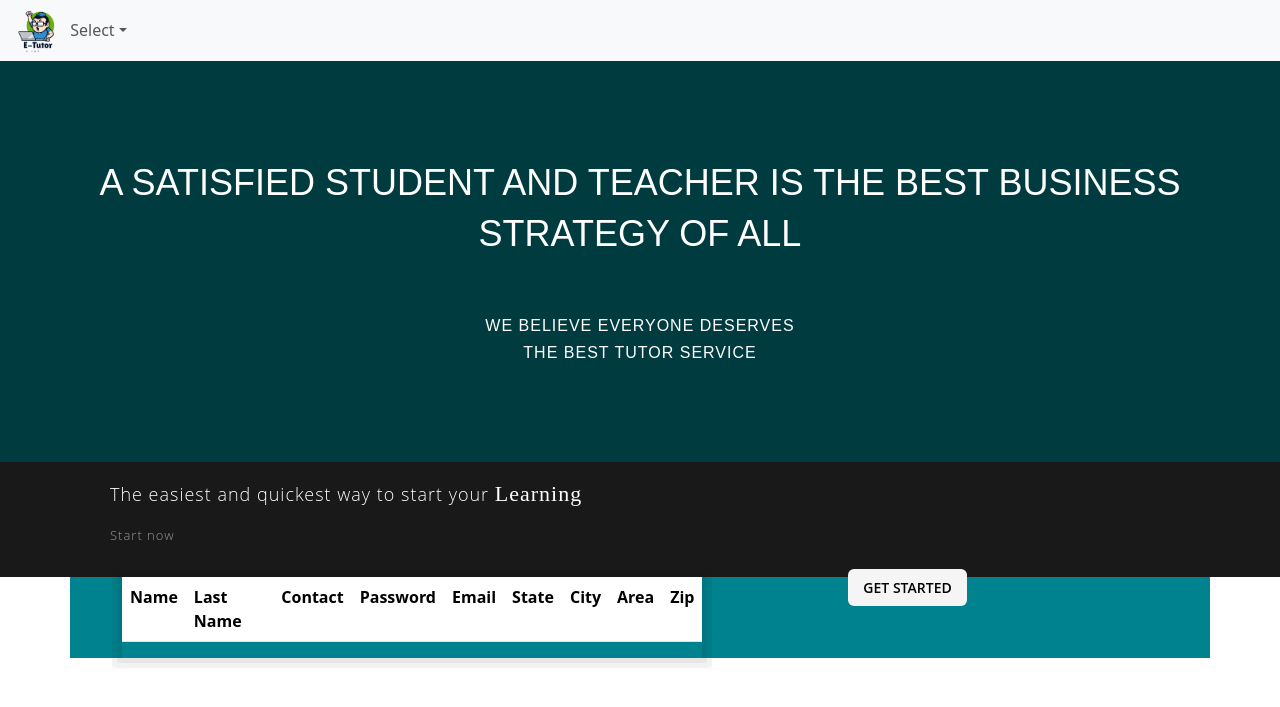
Repository: shailesh89-art/E-tutor-springboot-hibernate
Page: http://localhost/TUTOR_INVENTOR_1/pages/parent_Admin_edit.jsp
These files come from the project's save history. The page is drawn as it stood at one moment and after the next save; the edit follows.
The browser window is 1280 px wide. The pictures show the whole page.
Some web libraries are served in a nearby version. The page is served by Tomcat 9. Other server files are loaded and not shown. The template is opened directly, without the code that normally fills it, so the values that code supplies are empty.

Above is the page before, as saved 2023-05-03 14:21:43.

### TUTOR_INVENTOR_1/src/main/webapp/pages/parent_Admin_edit.jsp
<%@ taglib uri="http://www.springframework.org/tags/form" prefix="form"%> <%@ taglib uri="http://java.sun.com/jsp/jstl/core" prefix="c"%>
<!doctype html>
<html lang="en">
  <head>
    <!-- Required meta tags -->
    <meta charset="utf-8">
    <meta name="viewport" content="width=device-width, initial-scale=1, shrink-to-fit=no">

    <!-- Bootstrap CSS -->
      <link href="https://cdn.jsdelivr.net/npm/bootstrap@5.3.0-alpha1/dist/css/bootstrap.min.css" rel="stylesheet" integrity="sha384-GLhlTQ8iRABdZLl6O3oVMWSktQOp6b7In1Zl3/Jr59b6EGGoI1aFkw7cmDA6j6gD" crossorigin="anonymous">
    <script src="https://cdn.jsdelivr.net/npm/bootstrap@5.3.0-alpha1/dist/js/bootstrap.bundle.min.js" integrity="sha384-w76AqPfDkMBDXo30jS1Sgez6pr3x5MlQ1ZAGC+nuZB+EYdgRZgiwxhTBTkF7CXvN" crossorigin="anonymous"></script>
    <link rel="stylesheet" href="https://cdnjs.cloudflare.com/ajax/libs/font-awesome/4.7.0/css/font-awesome.min.css">
    <link rel="icon" type="image/x-icon" href="Assets/imgs/Screenshot_(160)-transformed (1)-fotor-bg-remover-20230423203452.png" >
      <title>Parent Admin</title>
    <style>




     .banner {

            background-size: cover;
            background-repeat: no-repeat;
            background-position: center center;
            width: 100%;
            height: 100%;
              background-color: #00838F;
        }

        .banner .opacity_overlay {
            height: 100%;
            width: 100%;
            background: rgba(0, 0, 0, 0.55);
            padding-top: 100px;
        }

        .banner .opacity_overlay .info {
            text-align: center;
            font-family: 'Montserrat', sans-serif;
        }

        .banner .opacity_overlay .info h2 {
            color: #fff;
            text-transform: uppercase;
            font-size: 36px;
        }

        .banner .opacity_overlay .info hr {
            width: 100px;
            margin-top: 30px;
            margin-bottom: 30px;
        }

        .banner .opacity_overlay .info h3 {
            color: #fff;
            text-transform: uppercase;
            font-size: 16px;
            letter-spacing: 1px;
        }

        .banner .opacity_overlay .secondary_layer {
            background: #191919;
            margin-top: 100px;
            padding-top: 15px;
            padding-bottom: 15px;
            font-family: "Open Sans", Arial, sans-serif;
        }

        .banner .opacity_overlay .secondary_layer .msg {
            font-size: 18px;
            color: #fff;
            font-weight: 300;
            letter-spacing: 1px;
        }

        .banner .opacity_overlay .secondary_layer .msg span {
            font-family: "Shadows Into Light", cursive;
            font-size: 22px;
        }

        .banner .opacity_overlay .secondary_layer .quote {
            font-size: 13px;
            color: #999;
            font-weight: 300;
            letter-spacing: 1px;
        }

        .banner .opacity_overlay .secondary_layer .btn {
            text-decoration: none;
            color: #000;
        }

        .banner .opacity_overlay .secondary_layer .btn button {
            background: #F5F5F5;
            border: none;
            border-radius: 6px;
            padding: 8px 15px;
            text-transform: uppercase;
            font-weight: 600;
            font-size: 14px;
            outline: none;
            transition: background-color 0.2s ease;
        }

        .banner .opacity_overlay .secondary_layer .btn button:hover {
            background: #000;
            color: #fff;
        }

        /* Font size change on browser resize */

        @media screen and (max-width: 991px) {
        .banner .opacity_overlay .info h2 {
            font-size: 30px;
        }
        }

        @media screen and (max-width: 768px) {
        .banner .opacity_overlay .info h2 {
            font-size: 26px;
        }
        }

        @media screen and (max-width: 631px) {
        .banner .opacity_overlay .info h2 {
            font-size: 22px;
        }
        }

        @media screen and (max-width: 534px) {
        .banner .opacity_overlay .info h2 {
            font-size: 20px;
        }
        }

        @media screen and (max-width: 991px) {
        .banner .opacity_overlay .info h3 {
            font-size: 12px;
        }
        }

        @media screen and (max-width: 534px) {
        .banner .opacity_overlay .info h3 {
            font-size: 10px;
        }
        }

        @media screen and (max-width: 768px) {
        .banner .opacity_overlay .secondary_layer .msg {
            font-size: 16px;
        }
        }

        @media screen and (max-width: 534px) {
        .banner .opacity_overlay .secondary_layer .msg {
            font-size: 13px;
        }
        }

        @media screen and (max-width: 768px) {
        .banner .opacity_overlay .secondary_layer .msg span {
            font-size: 18px;
        }
        }

        @media screen and (max-width: 534px) {
        .banner .opacity_overlay .secondary_layer .msg span {
            font-size: 16px;
        }
        }
        /*search button*/




        .advanced{

            text-decoration: none;
            font-size: 15px;
            font-weight: 500;
        }


        .btn-secondary,
        .btn-secondary:focus,
        .btn-secondary:active


         {
            color: #fff;
            background-color: #00838f !important;
            border-color: #00838f !important;
            box-shadow: none;
        }


        .advanced{

            color: #00838f !important;
        }




   #tab{
   	background-color:#00838F;
   }

 .demo{ font-family: 'Noto Sans', sans-serif; }
.panel{
    background: #00838F;
    padding: 0;
    border-radius: 1px;
    border: none;
    box-shadow: 0 0 0 5px rgba(0,0,0,0.05),0 0 0 10px rgba(0,0,0,0.05);
}
.panel .panel-heading{
    padding: 20px 15px;
    border-radius: 10px 10px 0 0;
    margin: 0;
}
.panel .panel-heading .title{
    color: #fff;
    font-size: 28px;
    font-weight: 500;
    text-transform: capitalize;
    line-height: 40px;
    margin: 0;
}
.panel .panel-heading .btn{
    color: rgba(255,255,255,0.5);
    background: transparent;
    font-size: 16px;
    text-transform: capitalize;
    border: 2px solid #fff;
    border-radius: 50px;
    transition: all 0.3s ease 0s;
}
.panel .panel-heading .btn:hover{
    color: #fff;
    text-shadow: 3px 3px rgba(255,255,255,0.2);
}
.panel .panel-heading .form-control{
    color: #fff;
    background-color: transparent;
    width: 35%;
    height: 40px;
    border: 2px solid #fff;
    border-radius: 20px;
    display: inline-block;
    transition: all 0.3s ease 0s;
}
.panel .panel-heading .form-control:focus{
    background-color: rgba(255,255,255,0.2);
    box-shadow: none;
    outline: none;
}
.panel .panel-heading .form-control::placeholder{
    color: rgba(255,255,255,0.5);
    font-size: 15px;
    font-weight: 500;
}
.panel .panel-body{ padding: 0; }
.panel .panel-body .table thead tr th{
    color: #fff;
    background-color: rgba(255, 255, 255, 0.2);
    font-size: 16px;
    font-weight: 500;
    text-transform: uppercase;
    padding: 12px;
    border: none;
}
.panel .panel-body .table tbody tr td{
    color: #fff;
    font-size: 15px;
    padding: 10px 12px;
    vertical-align: middle;
    border: none;
}
.panel .panel-body .table tbody tr:nth-child(even){ background-color: rgba(255,255,255,0.05); }
.panel .panel-body .table tbody .action-list{
    padding: 0;
    margin: 0;
    list-style: none;
}
.panel .panel-body .table tbody .action-list li{
    display: inline-block;
    margin: 0 5px;
}
.panel .panel-body .table tbody .action-list li a{
    color: #fff;
    font-size: 15px;
    position: relative;
    z-index: 1;
    transition: all 0.3s ease 0s;
}
.panel .panel-body .table tbody .action-list li a:hover{ text-shadow: 3px 3px 0 rgba(255,255,255,0.3); }
.panel .panel-body .table tbody .action-list li a:before,
.panel .panel-body .table tbody .action-list li a:after{
    content: attr(data-tip);
    color: #fff;
    background-color: #111;
    font-size: 12px;
    padding: 5px 7px;
    border-radius: 4px;
    text-transform: capitalize;
    display: none;
    transform: translateX(-50%);
    position: absolute;
    left: 50%;
    top: -32px;
    transition: all 0.3s ease 0s;
}
.panel .panel-body .table tbody .action-list li a:after{
    content: '';
    height: 15px;
    width: 15px;
    padding: 0;
    border-radius: 0;
    transform: translateX(-50%) rotate(45deg);
    top: -18px;
    z-index: -1;
}
.panel .panel-body .table tbody .action-list li a:hover:before,
.panel .panel-body .table tbody .action-list li a:hover:after{
    display: block;
}
.panel .panel-footer{
    color: #fff;
    background-color: transparent;
    padding: 15px;
    border: none;
}
.panel .panel-footer .col{ line-height: 35px; }
.pagination{ margin: 0; }
.pagination li a{
    color: #fff;
    background-color: transparent;
    border: 2px solid transparent;
    font-size: 18px;
    font-weight: 500;
    text-align: center;
    line-height: 31px;
    width: 35px;
    height: 35px;
    padding: 0;
    margin: 0 3px;
    border-radius: 50px;
    transition: all 0.3s ease 0s;
}
.pagination li a:hover{
    color: #fff;
    background-color: transparent;
    border-color: rgba(255,255,255,0.2);
}
.pagination li a:focus,
.pagination li.active a,
.pagination li.active a:hover{
    color: #fff;
    background-color: transparent;
    border-color: #fff;
}
.pagination li:first-child a,
.pagination li:last-child a{
    border-radius: 50%;
}
.container{


    padding-left:40px;

}
 #logo{
        width: 4%;
      }
@media only screen and (max-width:767px){
    .panel .panel-heading .title{
        text-align: center;
        margin: 0 0 10px;
    }
    .panel .panel-heading .btn_group{ text-align: center; }
    .container{

        padding: 45px;
    }
     #logo{
        width: 19%;
      }
      #tab{
   	background-color:#00838F;
   }
}







   }
    </style>
  </head>
  <body>
  <nav class="navbar navbar-expand-lg navbar-light bg-light">
        <div class="container-fluid">
           <img  id="logo" src="Assets/imgs/Screenshot_(160)-transformed (1)-fotor-bg-remover-20230423203452.png" alt="">
          <button class="navbar-toggler" type="button" data-bs-toggle="collapse" data-bs-target="#navbarColor03" aria-controls="navbarColor03" aria-expanded="false" aria-label="Toggle navigation">
            <span class="navbar-toggler-icon"></span>
          </button>
          <div class="collapse navbar-collapse" id="navbarColor03">
            <ul class="navbar-nav me-auto">

              <li class="nav-item dropdown">
                <a class="nav-link dropdown-toggle" data-bs-toggle="dropdown" href="#" role="button" aria-haspopup="true" aria-expanded="false">Select</a>
                <div class="dropdown-menu">
                  <a class="dropdown-item" href="ebook_list">book</a>

                  <a class="dropdown-item" href="/parentlogout">Log Out</a>
                  </div>
              </li>

            </ul>
          </div>
        </div>
      </nav>
      <div class="banner">
    	<div class="opacity_overlay">
    		<div class="info">
    			<h2>A satisfied Student and Teacher is the best business</h2>
    			<h2>strategy of all</h2>
    			<hr>
    			<h3>We believe everyone deserves</h3>
    			<h3>The best tutor service</h3>
    		</div>

    		<div class="secondary_layer">
    			<div class="container">
    				<div class="col-md-8 col-sm-6">
    					<p class="msg">The easiest and quickest way to start your <span>Learning</span></p>
    					<p class="quote">Start now</p>
    				</div>
    				<div class="col-md-4 col-sm-6 pull-right">
    					<a href="ebook_list" class="btn" ><button type="submit">Get Started</button></a>

    				</div>
    			</div>
    		</div>

    	</div>
    </div>


   <div class="container" id="tab">

    <div class="row">
        <div class="col-md-offset-1 col-md-10">
            <div class="panel">

                <div class="panel-body table-responsive">

<table class="table">
<tr>
<th>Name</th>
<th>Last Name</th>
<th>Contact</th>
<th>Password</th>
<th>Email</th>
<th>State</th>
<th>City</th>
<th>Area</th>
<th>Zip</th>
</tr>
<c:forEach  items="${parent}" var="e">
<tr>

<td>${e.fname}</td>
<td>${e.lname}</td>
<td>${e.contact}</td>
<td>${e.pass}</td>
<td>${e.email}</td>
<td>${e.state}</td>
<td>${e.city}</td>
<td>${e.area}</td>
<td>${e.zip}</td>
<td>

  <a href="edit_parent?id=${e.id}"><i class='fa fa-edit' style="color:blue"></i></a> |
          <a href="delete_parentfirst?id=${e.id}"><i class="fa fa-trash" style="color:blue"></i></a>
        </td>
</tr>
</c:forEach>
</table>
</div>
</div>
</div>
</div>
</div>

 <script src="https://code.jquery.com/jquery-3.2.1.slim.min.js" integrity="sha384-KJ3o2DKtIkvYIK3UENzmM7KCkRr/rE9/Qpg6aAZGJwFDMVNA/GpGFF93hXpG5KkN" crossorigin="anonymous"></script>
    <script src="https://cdn.jsdelivr.net/npm/popper.js@1.12.9/dist/umd/popper.min.js" integrity="sha384-ApNbgh9B+Y1QKtv3Rn7W3mgPxhU9K/ScQsAP7hUibX39j7fakFPskvXusvfa0b4Q" crossorigin="anonymous"></script>
    <script src="https://cdn.jsdelivr.net/npm/bootstrap@4.0.0/dist/js/bootstrap.min.js" integrity="sha384-JZR6Spejh4U02d8jOt6vLEHfe/JQGiRRSQQxSfFWpi1MquVdAyjUar5+76PVCmYl" crossorigin="anonymous"></script>
</body>

After the next save:
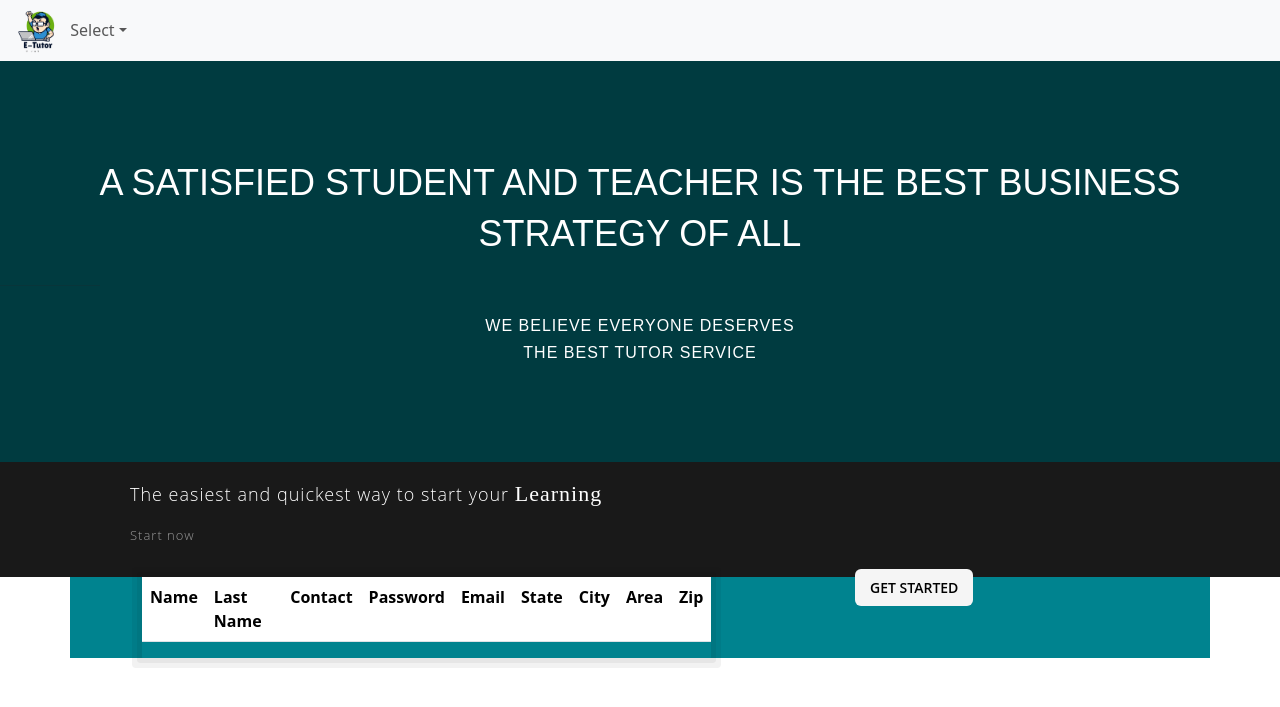
Saved 12 s later.
--- a/TUTOR_INVENTOR_1/src/main/webapp/pages/parent_Admin_edit.jsp
+++ b/TUTOR_INVENTOR_1/src/main/webapp/pages/parent_Admin_edit.jsp
@@ -367,7 +367,7 @@
 .container{
 
 
-    padding-left:40px;
+    padding-left:60px;
 
 }
  #logo{
